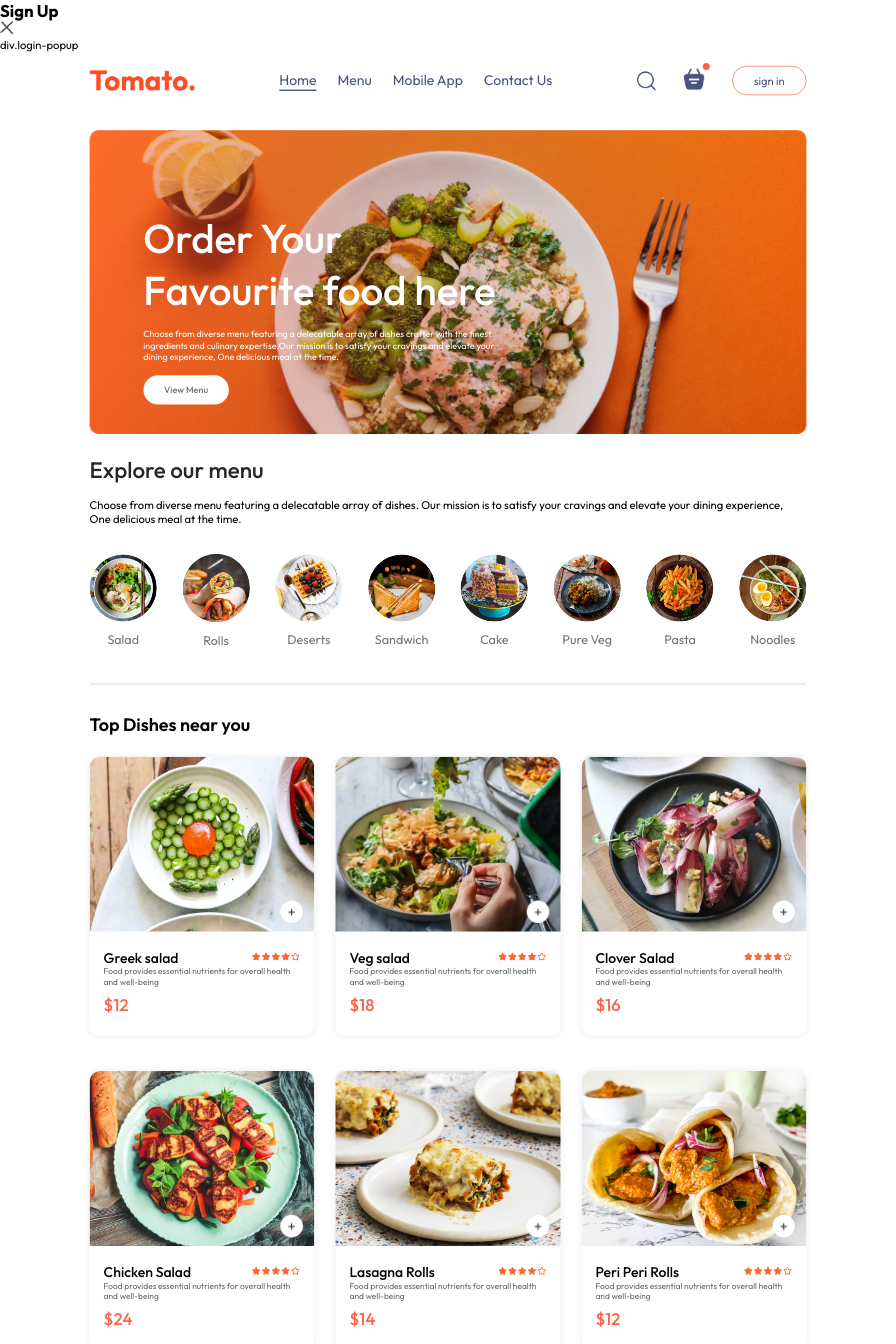
Repository: esakkiraj8104/FOOD_ORDER1
Page: /, after clicking the first element matching `button`
These files come from the project's save history. The page is drawn as it stood at one moment and after a run of saves; the edit follows.
The browser window is 1280 px wide. The pictures show the part of the page from y = 0 to 1920 px (the page is 6787 px tall before and 6767 px after), at 70% of full size.
The project was rebuilt for these pictures with package versions that can differ from the ones it lists, and the page was loaded fresh each time. Also part of the build but not shown: vite.config.js, src/pages/Cart/Cart.css, src/pages/Cart/Cart.jsx, src/components/LoginPopup/LoginPopup.css. Imported but missing from the stored project, and not drawn on this page: src/pages/PlaceOrder/PlaceOrder.

Above is the page before, as saved 2025-05-17 14:05:05.

### index.html
<!doctype html>
<html lang="en">
  <head>
    <meta charset="UTF-8" />
    <link rel="icon" type="image/svg+xml" href="/vite.svg" />
    <meta name="viewport" content="width=device-width, initial-scale=1.0" />
    <title>Tomoto food Web</title>
  </head>
  <body>
    <div id="root"></div>
    <script type="module" src="/src/main.jsx"></script>
  </body>
</html>

### src/main.jsx
import React from 'react'
import ReactDOM from 'react-dom/client'
import './index.css'
import App from './App.jsx'
import {BrowserRouter} from 'react-router-dom'
import StoreContextProvider from './Context/StoreContext.jsx'

ReactDOM.createRoot(document.getElementById('root')).render(
  <BrowserRouter>
    <StoreContextProvider>
      <App />
    </StoreContextProvider>

  </BrowserRouter>

)

### src/index.css
@import url('https://fonts.googleapis.com/css2?family=Outfit:wght@100..900&display=swap');

*{
  padding: 0;
  margin: 0;
  box-sizing: border-box;
  font-family: outfit;
  scroll-behavior: smooth;
}
body{
  min-height: 100vh;
}
a{
  text-decoration :none;
  color: inherit;
}
.app{
  width: 80%;
  margin: auto;
}

@keyframes fadeIn {
  0%{
    opacity: 0;
  }
  100%{
    opacity: 1;
  }
}

### src/App.jsx
import React,{ useState } from 'react'
import { Route, Routes } from 'react-router-dom'
import Home from './pages/Home/Home'
import Cart from './pages/Cart/Cart'
import PlaceOrder from './pages/PlaceOrder/PlaceOrder'
import Navbar from './components/Navbar/Navbar/Navbar'
import Footer from './components/Navbar/Footer/Footer'
import LoginPopup from './components/LoginPopup/LoginPopup'

const App = () => {

  const[showLogin,setShowLogin]= useState(false)
  return (

    <>
    {showLogin?<LoginPopup setShowLogin={setShowLogin}/>:<></>}
      <div className='app'>
        <Navbar setShowLogin={setShowLogin}/>
        <Routes >
          <Route path='/' element={<Home />} />
          <Route path='/cart' element={<Cart />} />
          <Route path='/order' element={<PlaceOrder />} />
        </Routes>
      </div>
      <Footer />

    </>


  )
}

export default App

### src/Context/StoreContext.jsx
import { createContext, useEffect, useState } from "react";
import { food_list } from "../assets/assets";

export const StoreContext = createContext(null)

const StoreContextProvider = (props) => {

    const [cartItems,setCartItems]= useState({});

    const addToCart = (itemId) => {
        if (!cartItems[itemId]) {
            setCartItems((prev)=>({...prev,[itemId]:1}))
        }
        else{
            setCartItems((prev)=>({...prev,[itemId]:prev[itemId]+1}))
        }
    }

    const removeFromCart = (itemId) =>{
        setCartItems((prev)=>({...prev,[itemId]:prev[itemId]-1}))
    }

    useEffect(()=>{
        console.log(cartItems);
    },[cartItems])

    const contextValue = {
        food_list,
        cartItems,
        setCartItems,
        addToCart,
        removeFromCart

    }
    return (
        <StoreContext.Provider value={contextValue}>
            {props.children}
        </StoreContext.Provider>
    )
}

export default StoreContextProvider;

### src/pages/Home/Home.jsx
import React, { useState } from 'react'
import './Home.css'
import Header from '../../components/Navbar/Header/Header'
import ExploreMenu from '../../components/Navbar/ExploreMenu/ExploreMenu'
import FoodDisplay from '../../components/Navbar/FoodDisplay/FoodDisplay'
import AppDownload from '../../components/Navbar/AppDownload/AppDownload'

const Home = () => {

    const [category,setCategory]=useState("All");



  return (
    <div>
      <Header/>
      <ExploreMenu category={category} setCategory={setCategory}/>
      <FoodDisplay category={category}/>
      <AppDownload/>
    </div>
  )
}

export default Home

### src/components/Navbar/Navbar/Navbar.jsx
import React, { useState } from 'react'
import './Navbar.css'
import { assets } from '../../../assets/assets'
import { Link } from 'react-router-dom';
const Navbar = ({setShowLogin}) => {

    const [menu,setMenu] = useState("home");
  return (
    <div className='navbar'>
        <img src={assets.logo} alt="" className="logo" />
        <ul className="navbar-menu">
        <Link to='/'className={menu === "home" ? "active" : ""} onClick={() => setMenu("home")}>Home</Link>
        <a href='#explore-menu' className={menu === "menu" ? "active" : ""} onClick={() => setMenu("menu")}>Menu</a>
        <a href='#app-download'className={menu === "mobile-app" ? "active" : ""} onClick={() => setMenu("mobile-app")}>Mobile App</a>
        <a href='#footer'className={menu === "contact us" ? "active" : ""} onClick={() => setMenu("contact us")}>Contact Us</a>
        </ul>
        <div className="navbar-right">
            <img src={assets.search_icon} alt="" />
            <div className="navbar-search-icon">
                <img src={assets.basket_icon} alt="" />
                <div className="dot"></div>
            </div>
            <button onClick={()=>setShowLogin(true)}>sign in</button>
        </div>
    </div>
  )
}

export default Navbar

### src/components/Navbar/Footer/Footer.jsx
import React from 'react'
import './Footer.css'
import { assets } from '../../../assets/assets'

const Footer = () => {
  return (

    <div className='footer' id='footer'>
      <div className="footer-content">
        <div className="footer-content-left">
          <img src={assets.logo} alt="" />
          <p>Craving something delicious? We bring your favorite meals from top restaurants straight to your door, hot and fresh.
            With fast delivery, secure payments, and  24/7 support, ordering food has never been easier.
            Tomato.com - Serving happiness, one order at a time.</p>
          <div className="footer-social-icons">
            <img src={assets.facebook_icon} alt="" />
            <img src={assets.twitter_icon} alt="" />
            <img src={assets.linkedin_icon} alt="" />
          </div>
        </div>
        <div className="footer-content-center">
          <h2>COMPANY</h2>
          <ul>
            <li>Home</li>
            <li>About us</li>
            <li>Delivery</li>
            <li>Privacy Policy</li>
          </ul>
        </div>
        <div className="footer-content-right">
          <h2>GET IN TOUCH</h2>
          <ul>
            <li>+91-8765434534</li>
            <li>contact@tomato.com</li>
          </ul>
        </div>
      </div>
      <hr />
      <p className="footer-copyright">© 2025 Tomato.com – All Rights Reserved.</p>
    </div>
  )
}

export default Footer

### src/components/LoginPopup/LoginPopup.jsx
import React, { useState } from 'react'
import './LoginPopup.css'
import { assets } from '../../assets/assets'

const LoginPopup = ({setShowLogin}) => {

    const[currState,setCurrState]= useState("Sign Up")

  return (
    <div className='LoginPopup'>
      <form action="" className="login-popup-container">
        <div className="login-popup-title">
          <h2>{currState}</h2>
          <img onClick={()=>setShowLogin(false)} src={assets.cross_icon} alt="" />
        </div>
        div.login-popup
      </form>
    </div>
  )
}

export default LoginPopup

### src/components/Navbar/Header/Header.jsx
import React from 'react'
import './Haeder.css'

const Header = () => {
  return (
    <div className='header'>
       <div className="header-contents">
        <h2>Order Your Favourite food here</h2>
        <p>Choose from diverse menu featuring a delecatable array of dishes crafter with the finest ingredients and culinary expertise.Our mission is to satisfy your cravings and elevate your dining experience, One delicious meal at the time. </p>
        <button>View Menu</button>
       </div>
    </div>

  )
}

export default Header

### src/components/Navbar/ExploreMenu/ExploreMenu.jsx
import React from 'react'
import './ExploreMenu.css'
import { menu_list } from '../../../assets/assets'
const ExploreMenu = ({category,setCategory}) => {
  return (
    <div className='explore-menu' id='explore-menu'>
        <h1>Explore our menu</h1>
        <p>Choose from diverse menu featuring a delecatable array of dishes. Our mission is to satisfy your cravings and elevate your dining experience, One delicious meal at the time. </p>
        <div className="explore-menu-list">
            {menu_list.map((item,index)=>{
                return (
                    <div onClick={()=>setCategory(prev=>prev===item.menu_name?"All":item.menu_name)} key={index} className='explore-menu-list-item'>
                        <img className={category===item.menu_name?"active":""} src={item.menu_image} alt="" />
                        <p>{item.menu_name}</p>
                    </div>
                )
            })}
        </div>
        <hr/>
    </div>
  )
}

export default ExploreMenu

### src/components/Navbar/FoodDisplay/FoodDisplay.jsx
import React, { useContext } from 'react'
import './FoodDisplay.css'
import { StoreContext } from '../../../Context/StoreContext'
import FoodItem from '../FoodItem/FoodItem'

const FoodDisplay = ({ category }) => {

  const { food_list } = useContext(StoreContext)

  return (
    <div className='food-display' id='food-display'>
      <h2>Top Dishes near you</h2>
      <div className="food-display-list">
        {food_list.map((item, index) => {
          if (category === "All" || category === item.category) {


            return <FoodItem key={index} id={item._id} name={item.name} description={item.description} price={item.price} image={item.image} />
          }
        })}
      </div>
    </div>
  )
}

export default FoodDisplay

### src/components/Navbar/AppDownload/AppDownload.jsx
import React from 'react'
import './AppDownload.css'
import { assets } from '../../../assets/assets'

const AppDownload = () => {
  return (
    <div className='app-download'id='app-download'>
      <p>For Better Experience Download <br /> Tomato App</p>
      <div className="app-download-platforms">
        <img src={assets.play_store} alt="" />
        <img src={assets.app_store} alt="" />

      </div>

    </div>
  )
}

export default AppDownload

### src/components/Navbar/Navbar/Navbar.css
.navbar{
    padding: 20px 0px;
    display: flex;
    justify-content: space-between;
    align-items: center;
}

.navbar .logo{
    width: 150px;
}

.navbar-menu{
    display: flex;
    list-style: none;
    gap: 30px;
    color: #49557e;
    font-size: 20px;
}

.navbar-right{
    display: flex;
    align-items: center;
    gap: 40px;
}

.navbar button{
    background: transparent;
    font-size: 16px;
    color: #49557e;
    border: 1px solid tomato;
    padding: 10px 30px;
    border-radius: 50px;
    cursor: pointer;
    transition: 0.3;
}

.navbar button:hover{
    background-color: #fff4f2;
}

.navbar .active{
    padding-bottom: 2px;
    border-bottom: 2px solid #49557e;
}

.navbar li{
    cursor: pointer;
}

.navbar-search-icon{
    position:relative;
}

.navbar-search-icon .dot{
    position: absolute;
    min-width: 10px;
    min-height: 10px;
    background-color: tomato;
    border-radius: 5px;
    top: -8px;
    right: -8px;
}
@media(max-width:1050px) {
    .navbar .logo{
        width: 140px;
    }
    .navbar-menu{
        gap: 20px;
        font-size: 17px;
    }
    .navbar-right{
        gap: 30px;
    }
    .navbar-right img{
        width: 22px;
    }
    .navbar-right button{
        padding: 8px 25px;
    }
}
@media(max-width:900px) {
    .navbar .logo{
        width: 120px;
    }
    .navbar-menu{
        gap: 15px;
        font-size: 16px;
    }
    .navbar-right{
        gap: 20px;
    }
    .navbar-right img{
        width: 20px;
    }
    .navbar-right button{
        padding: 7px 20px;
        font-size: 15px;
    }
}
@media(max-width:750px) {
    .navbar-menu{
        display: none;
    }
}

### src/components/Navbar/Footer/Footer.css
.footer{
    color: #d9d9d9;
    background: #323232;
    display: flex;
    flex-direction: column;
    align-items: center;
    gap: 20px;
    padding: 20px 8vw;
    padding-top: 80px;
    margin-top: 100px;

}

.footer-content{
    width: 100%;
    display: grid;
    grid-template-columns: 2fr 1fr 1fr;
    gap: 80px;
}
.footer-content-left, .footer-content-right, .footer-content-center{
    display: flex;
    flex-direction: column;
    align-items: start;
    gap: 20px;
}
.footer-content-left li, .footer-content-right li, .footer-content-center li{
    list-style: none;
    margin-bottom: 10px;
    cursor: pointer;
}
.footer-content-right h2, .footer-content-center h2 {
    color: white;
}
.footer-social-icons img{
    width: 40px;
    margin-right: 15px;
}
.footer hr{
    width: 100%;
    height: 2px;
    margin: 20px 0;
    background-color: grey;
    border: none;
}
@media (max-width:750px) {
    .footer-content{
        display: flex;
        flex-direction: column;
        gap: 35px;
    }
    .footer-copyright{
        text-align: center;
    }
}

### src/components/Navbar/Header/Haeder.css
.header{
    height: 34vw;
    margin: 30px auto;
    background: url('/header_img.png') no-repeat;
    background-size:  contain;
    position: relative;
}

.header-contents{
    position: absolute;
    display: flex;
    flex-direction: column;
    align-items: start;
    gap: 1.5vw;
    max-width: 50%;
    bottom: 10%;
    left: 6vw ;
    animation: fadeIn 3s;
}
.header-contents h2{
    font-weight: 500;
    color: white;
    font-size: max(4.5vw,22px);
}
.header-contents p{
    color: white;
    font-size: 1vw;
}
.header-contents button{
    border: none;
    color: #747474;
    font-weight: 500;
    padding: 1vw 2.3vw;
    background-color: white;
    font-size: max(1vw,13px);
    border-radius: 50px;
    cursor: pointer;
}
.header-contents button:hover{
    background-color: #fff4f2;
}
@media (max-width:1050px) {
    .header-contents{
        max-width: 45%;
    }
}
@media (max-width:750px) {
    .header-contents{
        max-width: 65%;
    }
    .header-contents p{
        display: none;
    }
    .header-contents button{
        padding: 2vw 4vw;
    }
}

### src/components/Navbar/ExploreMenu/ExploreMenu.css
.explore-menu{
    display:flex;
    flex-direction: column;
    gap: 20px;
}
.explore-menu h1{
    color: #262626;
    font-weight: 500 ;
}
.explore-menu-text{
    max-width: 60%;
    columns: #808080;
}
.explore-menu-list{
    display: flex;
    justify-content: space-between;
    align-items: center;
    gap: 30px;
    text-align: center;
    margin: 20px 0px;
    overflow-x: scroll;
}
.explore-menu-list::-webkit-scrollbar{
    display: none;
}
.explore-menu-list-item img{
    width: 7.5vw;
    min-width: 80px;
    cursor: pointer;
    border-radius: 50%;
    transition: 0.2s;
}
.explore-menu-list-item p{
    margin-top: 10px;
    color: #747474;
    font-size: max(1.4vw,16px);
    cursor: pointer;
}
.explore-menu hr{
    margin: 10px 0px;
    height: 2px;
    background-color: #e2e2e2;;
    border:none;
}
.explore-menu-list-item .active{
    border: 4px solid tomato;
    padding: 2px;
}
@media (max-width:1050px) {
    .explore-menu-text{
        max-width: 100%;
        font-size: 14px;
    }
}

### src/components/Navbar/FoodItem/FoodItem.jsx
import React, { useContext } from 'react'
import './FoodItem.css'
import { assets } from '../../../assets/assets'
import { StoreContext } from '../../../Context/StoreContext'
const FoodItem = ({id,name,price,description,image}) => {


    const {cartItems,addToCart,removeFromCart} = useContext(StoreContext);

  return (
    <div className='food-item'>
        <div className="food-item-img-container">
            <img className='food-item-image' src={image} alt="" />
            {!cartItems[id]
                ?<img className='add' onClick={()=>addToCart(id)} src={assets.add_icon_white} alt=""/>
                :<div className='food-item-counter'>
                  <img onClick={()=>removeFromCart(id)} src={assets.remove_icon_red} alt="" />
                  <p>{cartItems[id]}</p>
                  <img onClick={()=>addToCart(id)}  src={assets.add_icon_green} alt="" />
                </div>
            }
        </div>
        <div className="food-item-info">
            <div className="food-item-name-rating">
                <p>{name}</p>
                <img src={assets.rating_starts} alt="" />
            </div>
            <p className="food-item-desc">{description}</p>
            <p className="food-item-price">${price}</p>
        </div>

    </div>
  )
}

export default FoodItem

### src/components/Navbar/AppDownload/AppDownload.css
.app-download{
    margin: auto auto;
    margin-top: 100px;
    font-size: max(3vw,20px);
    text-align: center;
    font-weight: 500;
}
.app-download-platforms{
    display: flex;
    justify-content: center;
    gap: max(2vw,10px);
    margin-top: 40px;
}
.app-download-platforms img{
    width: max(30vw,120px);
    max-width: 180px;
    transition: 0.5s;
    cursor:pointer;
}
.app-download-platforms img:hover{
    transform: scale(1.1);
}

### src/components/Navbar/FoodItem/FoodItem.css
.food-item{
    width: 100%;
    margin: auto;
    border-radius: 15px;
    box-shadow: 0px 0px 10px #00000015;
    transition: 0.3s;
    animation: fadeIn 1s;
}
.food-item-image{
    width: 100%;
    border-radius: 15px 15px 0px 0px;

}
.food-item-info{
    padding: 20px;
}
.food-item-name-rating{
    display: flex;
    justify-content: space-between;
    align-items: center;
    margin-bottom: 100;
}
.food-item-name-rating p{
    font-size: 20px;
    font-weight: 500;
}
.food-item-name-rating img{
    width: 70px;
}
.food-item-desc{
    color: #676767;
    font-size: 12px;
}
.food-item-price{
    color: tomato;
    font-size: 24px;
    font-weight: 500;
    margin: 10px 0px;
}
.food-item-img-container{
    position: relative;
}
.food-item-img-container .add{
    width: 35px;
    position: absolute;
    bottom: 15px;
    right: 15px;
    cursor: pointer;
    border-radius: 50%;
}
.food-item-counter{
    position: absolute;
    bottom: 15px;
    right:15px;
    display: flex;
    align-items: center;
    gap: 10px;
    padding: 6px;
    border-radius: 50px;
    background-color: white;
}
.food-item-counter img{
    width: 30px;
}

Loaded but not shown: src/components/Navbar/FoodDisplay/FoodDisplay.css (common file); src/assets/assets.js (350 lines, source omitted); src/pages/Home/Home.css (no stored copy; drawn as an empty file)

After the next 3 saves:
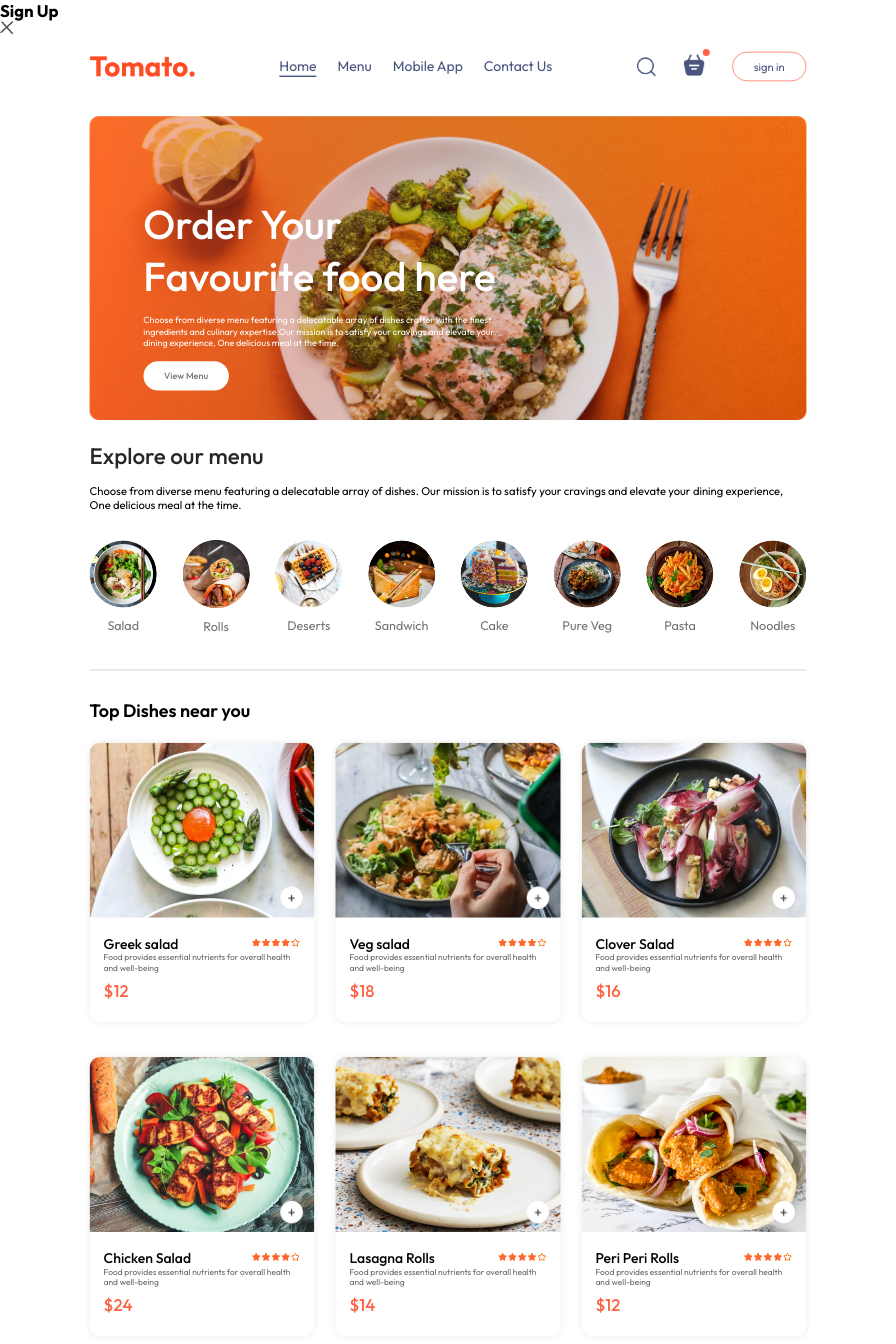
The 3 saves are shown as one change because they came seconds apart.
The last was saved 8 s later.
--- a/src/components/LoginPopup/LoginPopup.jsx
+++ b/src/components/LoginPopup/LoginPopup.jsx
@@ -13,7 +13,9 @@ const LoginPopup = ({setShowLogin}) => {
           <h2>{currState}</h2>
           <img onClick={()=>setShowLogin(false)} src={assets.cross_icon} alt="" />
         </div>
-        div.login-popup
+        <div className="login-popup-inputs">
+
+        </div>
       </form>
     </div>
   )
